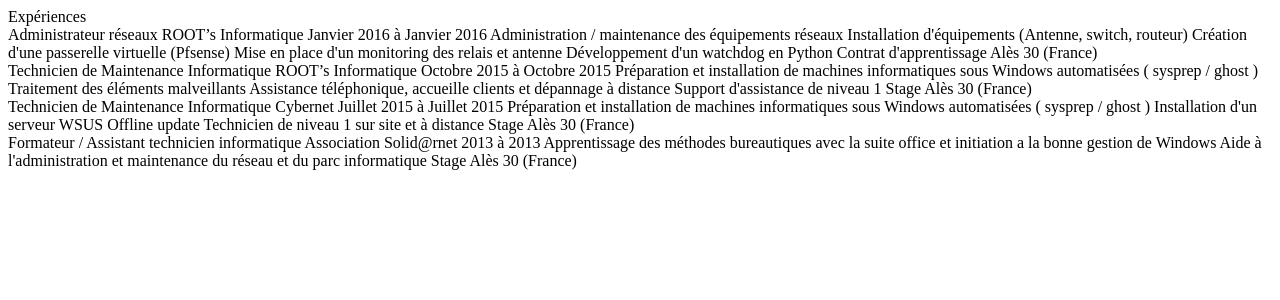
Repository: Nosra/openclassrooms_tuto
Page: tuto_htmlcss/MonCV/test.html
These files come from the project's save history. The page is drawn as it stood at one moment and after the next save; the edit follows.
The browser window is 1280 px wide. The pictures show the whole page.

Above is the page before, as saved 2016-07-21 17:40:02.

### tuto_htmlcss/MonCV/test.html
<div>
	<header>
		Expériences
	</header>
	<section>
		Administrateur réseaux
		ROOT’s Informatique
		Janvier 2016 à Janvier 2016
		Administration / maintenance des équipements réseaux
		Installation d'équipements (Antenne, switch, routeur)
		Création d'une passerelle virtuelle (Pfsense)
		Mise en place d'un monitoring des relais et antenne
		Développement d'un watchdog en Python
		Contrat d'apprentissage Alès 30 (France)
	</section>
	<section>
		Technicien de Maintenance Informatique
		ROOT’s Informatique
		Octobre 2015 à Octobre 2015
		Préparation et installation de machines informatiques sous Windows automatisées ( sysprep / ghost )
		Traitement des éléments malveillants
		Assistance téléphonique, accueille clients et dépannage à distance
		Support d'assistance de niveau 1
		Stage Alès 30 (France)
	</section>
	<section>
		Technicien de Maintenance Informatique
		Cybernet
		Juillet 2015 à Juillet 2015
		Préparation et installation de machines informatiques sous Windows automatisées ( sysprep / ghost )
		Installation d'un serveur WSUS Offline update
		Technicien de niveau 1 sur site et à distance
		Stage Alès 30 (France)
	</section>
	<section>
		Formateur / Assistant technicien informatique
		Association Solid@rnet
		2013 à 2013
		Apprentissage des méthodes bureautiques avec la suite office et
		initiation a la bonne gestion de Windows
		Aide à l'administration et maintenance du réseau et du parc informatique
		Stage Alès 30 (France)
	</section>
</div>

After the next save:
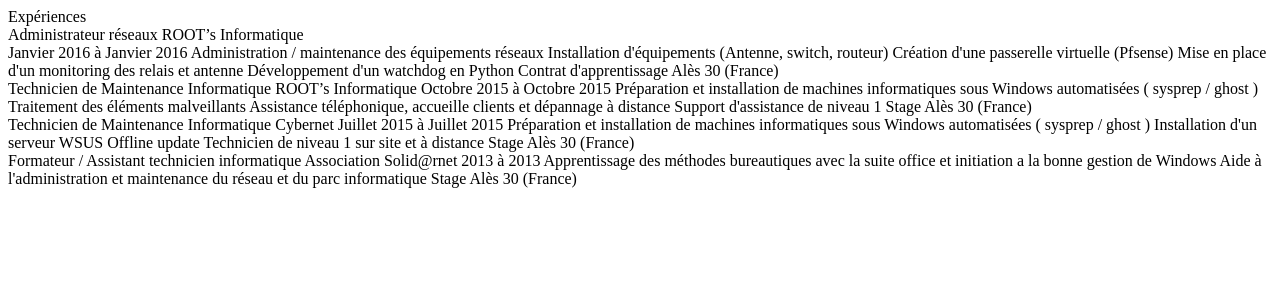
Saved 57 s later.
--- a/tuto_htmlcss/MonCV/test.html
+++ b/tuto_htmlcss/MonCV/test.html
@@ -3,8 +3,10 @@
 		Expériences
 	</header>
 	<section>
+		<header>
 		Administrateur réseaux
 		ROOT’s Informatique
+		</header>
 		Janvier 2016 à Janvier 2016
 		Administration / maintenance des équipements réseaux
 		Installation d'équipements (Antenne, switch, routeur)
